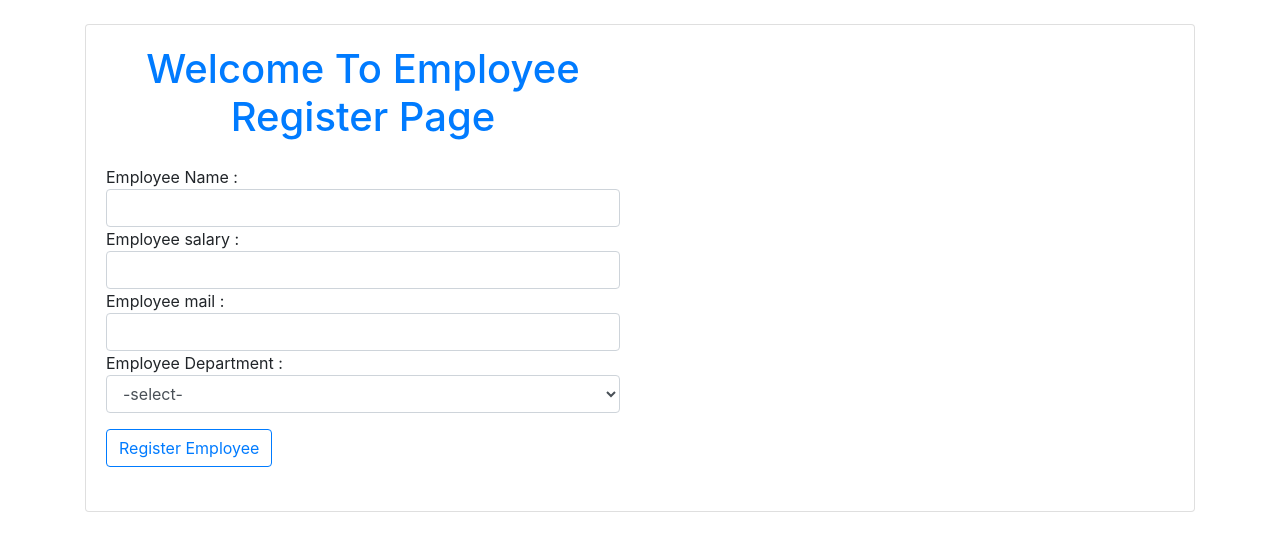
Repository: lokeshsukhwal/EmployeeMiniProject
Page: http://localhost/EmployeeRegister
These files come from the project's save history. The page is drawn as it stood at one moment and after the next save; the edit follows.
The browser window is 1280 px wide. The pictures show the whole page.
The page is this project's Thymeleaf template; nobody is signed in. The template is opened directly, without the code that normally fills it, so the values that code supplies are empty.

Above is the page before, as saved 2023-01-18 13:31:37.

After the next save:
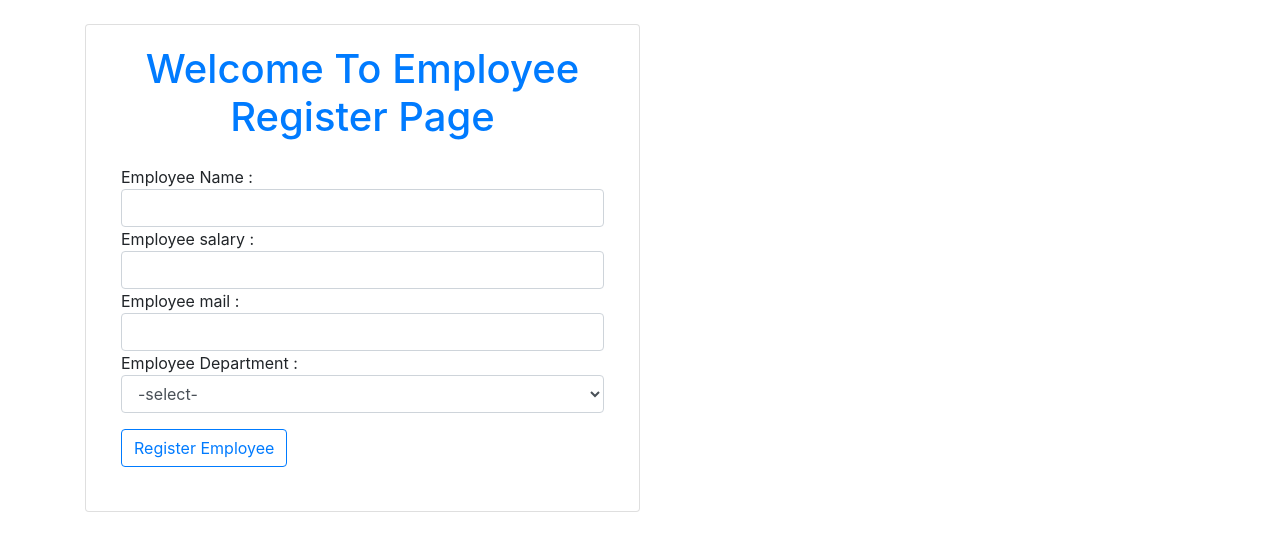
Saved 20 s later.
--- a/SpringBootMvc-ThymeleafMySqlCrudMiniProject/src/main/resources/templates/EmployeeRegister.html
+++ b/SpringBootMvc-ThymeleafMySqlCrudMiniProject/src/main/resources/templates/EmployeeRegister.html
@@ -9,8 +9,8 @@
 </head>
 <body>
 	<div class="container">
-		<div class="card mt-4">
-			<div class="card-body col-md-6">
+		<div class="card mt-4 col-md-6">
+			<div class="card-body ">
 				<h1 class=" text-primary text-center">Welcome To Employee
 					Register Page</h1>
 		<form th:action="@{/employee/save}" method="POST" class="mt-4 form ">
